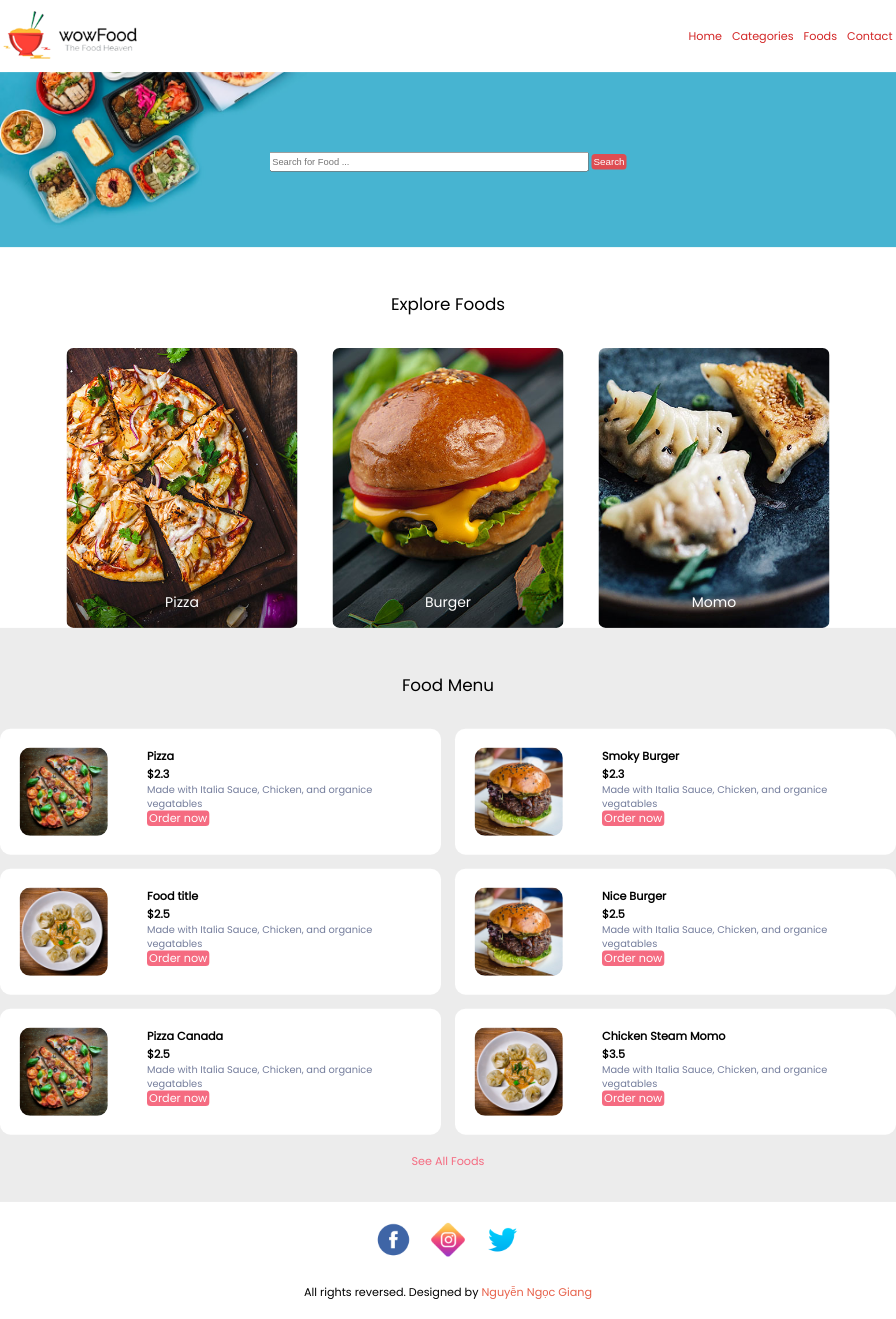
Repository: ruaruababa/WowFood
Page: index.html
An editor plug-in stored every save of this project. The page is shown before and after a run of saves, followed by the edit.
The browser window is 1280 px wide. The pictures show the whole page, at 70% of full size.

Above is the page before, as saved 2021-09-18 15:47:52.

### index.html
<!DOCTYPE html>
<html lang="en">

<head>
    <meta charset="UTF-8" />
    <meta http-equiv="X-UA-Compatible" content="IE=edge" />
    <meta name="viewport" content="width=device-width, initial-scale=1.0" />
    <title>Document</title>
    <link rel="stylesheet" href="./style.css" />
    <link rel="stylesheet" href="./reset.css" />
    <link rel="preconnect" href="https://fonts.googleapis.com" />
    <link rel="preconnect" href="https://fonts.gstatic.com" crossorigin />
    <link href="https://fonts.googleapis.com/css2?family=Poppins:wght@400&display=swap" rel="stylesheet" />
</head>

<body>
    <header>
        <div class="container-header">
            <div class="header-left">
                <img src="./img/logo.png" alt="" />
            </div>
            <div class="header-right">
                <ul class="nav">
                    <li class="item"><a href="">Home</a></li>
                    <li class="item"><a href="">Categories</a></li>
                    <li class="item"><a href="">Foods</a></li>
                    <li class="item"><a href="">Contact</a></li>
                </ul>
            </div>
        </div>
    </header>
    <nav>
        <div class="container-nav">
            <div class="background-search">
                <img src="./img/bg.jpg" alt="bgr-search" />
            </div>
            <div class="form">
                <input type="text" placeholder="Search for Food ..." class="input-search" />
                <!-- <button class="btn-search">Search</button> -->
                <input type="button" value="Search" class="btn-search" />
            </div>
        </div>
    </nav>
    <section>
        <div class="container-section">
            <div class="explore-food">Explore Foods</div>
            <div class="collection-food">
                <ul class="list-food">
                    <li class="item"><img src="./img/pizza.jpg" alt="" /><span>Pizza</span></li>
                    <li class="item"><img src="./img/burger.jpg" alt="" /><span>Burger</span></li>
                    <li class="item"><img src="./img/momo.jpg" alt="" /><span>Momo</span></li>
                </ul>
            </div>
        </div>
    </section>
    <article>
        <div class="container-article">
            <div class="title-food-menu">Food Menu</div>
            <div class="container-menu">
                <div class="container-item">
                    <img src="./img/menu-pizza.jpg" alt="" class="bgr-item" />
                    <div class="item-content">
                        <h6 class="title-item">Pizza</h6>
                        <span class="price-item">$2.3</span>
                        <p class="des-item">
                            Made with Italia Sauce, Chicken, and organice vegatables
                        </p>
                        <a href="" class="oder-item">Order now</a>
                    </div>
                </div>
                <div class="container-item">
                    <img src="./img/menu-burger.jpg" alt="" class="bgr-item" />
                    <div class="item-content">
                        <h6 class="title-item">Smoky Burger</h6>
                        <span class="price-item">$2.3</span>
                        <p class="des-item">
                            Made with Italia Sauce, Chicken, and organice vegatables
                        </p>
                        <a href="" class="oder-item">Order now</a>
                    </div>
                </div>
                <div class="container-item">
                    <img src="./img/menu-momo.jpg" alt="" class="bgr-item" />
                    <div class="item-content">
                        <h6 class="title-item">Food title</h6>
                        <span class="price-item">$2.5</span>
                        <p class="des-item">
                            Made with Italia Sauce, Chicken, and organice vegatables
                        </p>
                        <a href="" class="oder-item">Order now</a>
                    </div>
                </div>
                <div class="container-item">
                    <img src="./img/menu-burger.jpg" alt="" class="bgr-item" />
                    <div class="item-content">
                        <h6 class="title-item">Nice Burger</h6>
                        <span class="price-item">$2.5</span>
                        <p class="des-item">
                            Made with Italia Sauce, Chicken, and organice vegatables
                        </p>
                        <a href="" class="oder-item">Order now</a>
                    </div>
                </div>
                <div class="container-item">
                    <img src="./img/menu-pizza.jpg" alt="" class="bgr-item" />
                    <div class="item-content">
                        <h6 class="title-item">Pizza Canada</h6>
                        <span class="price-item">$2.5</span>
                        <p class="des-item">
                            Made with Italia Sauce, Chicken, and organice vegatables
                        </p>
                        <a href="" class="oder-item">Order now</a>
                    </div>
                </div>
                <div class="container-item">
                    <img src="./img/menu-momo.jpg" alt="" class="bgr-item" />
                    <div class="item-content">
                        <h6 class="title-item">Chicken Steam Momo</h6>
                        <span class="price-item">$3.5</span>
                        <p class="des-item">
                            Made with Italia Sauce, Chicken, and organice vegatables
                        </p>
                        <a href="" class="oder-item">Order now</a>
                    </div>
                </div>
            </div>
            <div class="footer-food-menu">
                <a href="#" class="see-all-foods">See All Foods</a>
            </div>
        </div>
    </article>
    <footer>
        <div class="container-footer">
            <div class="social-network-icon">
                <div class="icon-fb">
                    <a href="https://www.facebook.com/WowFoodPage"><img src="./img/facebook_icon-icons.com_59205.png"
                            alt="" /></a>
                </div>
                <div class="icon-insta">
                    <a href="https://www.instagram.com/wowfoodrus/"><img src="./img/intsa-icon.png" alt="" /></a>
                </div>
                <div class="icon-twitter">
                    <a href="https://twitter.com/WOWFoodPics"><img src="./img/twitter_socialnetwork_20007.png"
                            alt="" /></a>
                </div>
            </div>
            <div class="license">
                <p>
                    All rights reversed. Designed by <a href="">Nguyễn Ngọc Giang</a>
                </p>
            </div>
        </div>
    </footer>
</body>

</html>

### style.css
body{
    overflow-x: scroll ;
}

header{
    /* width: max-content; */
}
.container-header {
    display: flex;
    justify-content: space-between;
    align-items: center;
    margin-top: 15px;
}

.header-left {
    display: ;
}

.header-left img {}

.name-brand {
    margin-top: 50%;
}

.header-right {
    font-family: "Poppins", sans-serif;
}

.nav {
    list-style: none;
}

.nav li {
    display: inline;
    padding-left: 10px;
    transition: .2s all;
    padding: 5px;
}

.nav li a {
    text-decoration: none;
    color: rgb(211, 38, 38);
}

.nav:hover .item {
    filter: blur(3px);
    opacity: .5;
    transform: scale(.98);
    box-shadow: none;
}

.nav:hover .item:hover {
    transform: scale(1);
    filter: blur(0px);
    opacity: 1;
    box-shadow: 0 8px 20px 0px rgba(0, 0, 0, 0.125);
    border-radius: 5px;
}


nav {
    position: relative;
    max-width: 100%;
    max-height: 100%;
    height: 250px;
}

.container-nav {
    text-align: center;
    margin-top: 15px;
}

.background-search {
    height: 250px;
}

.background-search img {
    height: inherit;
    width: 100%;
    object-fit: cover;
}

.form {
    width: 100%;
    position: absolute;
    top: 50%;
    left: 50%;
    transform: translate(-50%, -50%);
    height: 22px;
}

.input-search {
    width: 35%;
    height: inherit;
}

.btn-search {
    background-color: rgba(250, 59, 59, 0.849);
    border: none;
    border-radius: 5px;
    font-size: 14px;
    color: white;
    cursor: pointer;
    padding: 3px;
}

section {
    position: relative;
}

.explore-food {
    padding-top: 70px;
    text-align: center;
    font-size: 24px;
    font-family: "Poppins", sans-serif;
}

.list-food {
    margin-top: 50px;
    display: flex;
    justify-content: center;
    column-gap: 50px;
}

.list-food li {
    width: 330px;
    height: 400px;
    transition: .2s all;
}

.list-food li:hover {
    transform: scale(1.1);
}

.list-food li img {
    width: 100%;
    height: 100%;
    object-fit: cover;
    border-radius: 10px;
}

.list-food li span {
    font-family: "Poppins", sans-serif;
    display: block;
    font-size: 20px;
    text-align: center;
    color: #ffffff;
    margin-top: -50px;
}

article {
    background-color: #ececec;
}

.title-food-menu {
    padding-top: 70px;
    font-size: 24px;
    text-align: center;
    font-family: "Poppins", sans-serif;
}

.container-menu {
    padding-top: 50px;
    display: grid;
    grid-gap: 20px;
    grid-template-columns: repeat(auto-fit, minmax(550px, 1fr));
    grid-auto-rows: 180px;
    justify-items: center;
    font-family: "Poppins", sans-serif;
}

.container-item:nth-child(odd) {
    justify-self: end;
}

.container-item:nth-child(even) {
    justify-self: start;
}

.container-item {
    background-color: #ffffff;
    display: flex;
    align-items: center;
    border-radius: 15px;
}

.container-item img {
    width: 25%;
    height: 70%;
    object-fit: cover;
    border-radius: 15px;
    margin: 0 28px;
}

.container-item .item-content {
    width: 100%;
    height: 70%;
    object-fit: cover;
    border-radius: 15px;
    margin: 0 28px;
}

.item-content {
    display: inline-block;
}

.title-item {
    font-size: 16px;
    font-weight: bold;
    line-height: 25px;
}

.price-item {
    line-height: 25px;
    font-weight: bold;
}

.des-item {
    font-size: 14px;
    line-height: 20px;
    color: #747d9c;
}

.oder-item {
    text-decoration: none;
    background-color: #f56b81;
    color: white;
    border-radius: 5px;
    padding: 3px;
    display: inline-block;

}

.footer-food-menu {
    margin-top: 30px;
}

.see-all-foods {
    display: block;
    text-align: center;
    text-decoration: none;
    color: #f56b81;
    padding-bottom: 50px;
    font-family: "Poppins", sans-serif;
    transition: .2s all;
}

.see-all-foods:hover{
    text-decoration: underline;
    transform: scale(1.1);
}

.social-network-icon {
    display: flex;
    justify-content: center;
    margin-top: 30px;
}

.icon-insta {
    margin: 0 30px;
}

.license {
    margin-top: 40px;
    margin-bottom: 30px;
    font-family: "Poppins", sans-serif;
}

.license p {
    text-align: center;
}

.license p a {
    text-decoration: none;
    color: #e7614a;
}

@media screen and (max-width: 811px) {
    .container-header{
    }
}

Loaded but not shown: reset.css (common file)

After the next 4 saves:
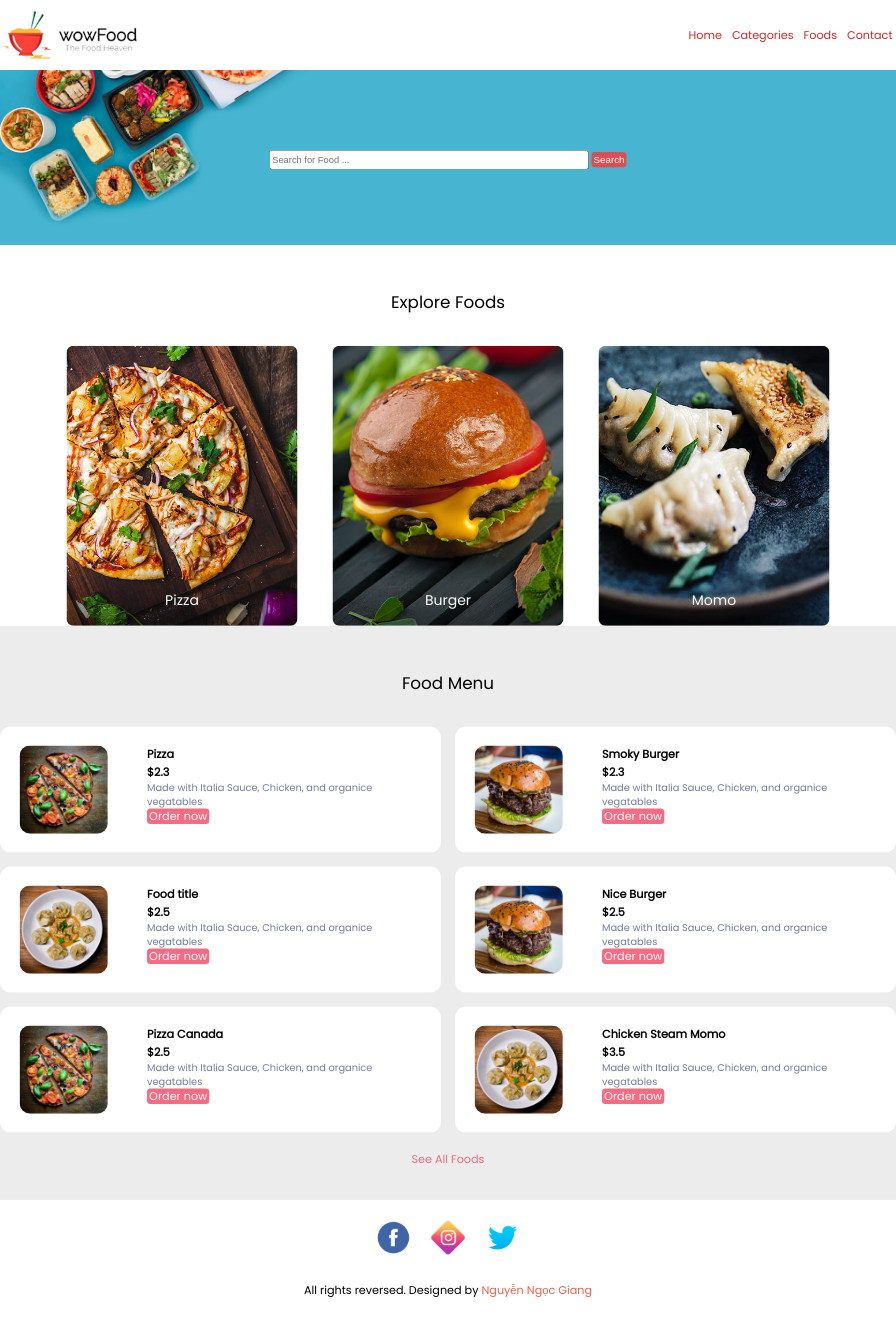
The 4 saves are shown as one change because they came seconds apart.
The last was saved 12 s later.
--- a/style.css
+++ b/style.css
@@ -13,7 +13,8 @@
 }
 
 .header-left {
-    display: ;
+    display: flex;
+    justify-content: flex-end;
 }
 
 .header-left img {}

After the save that followed:
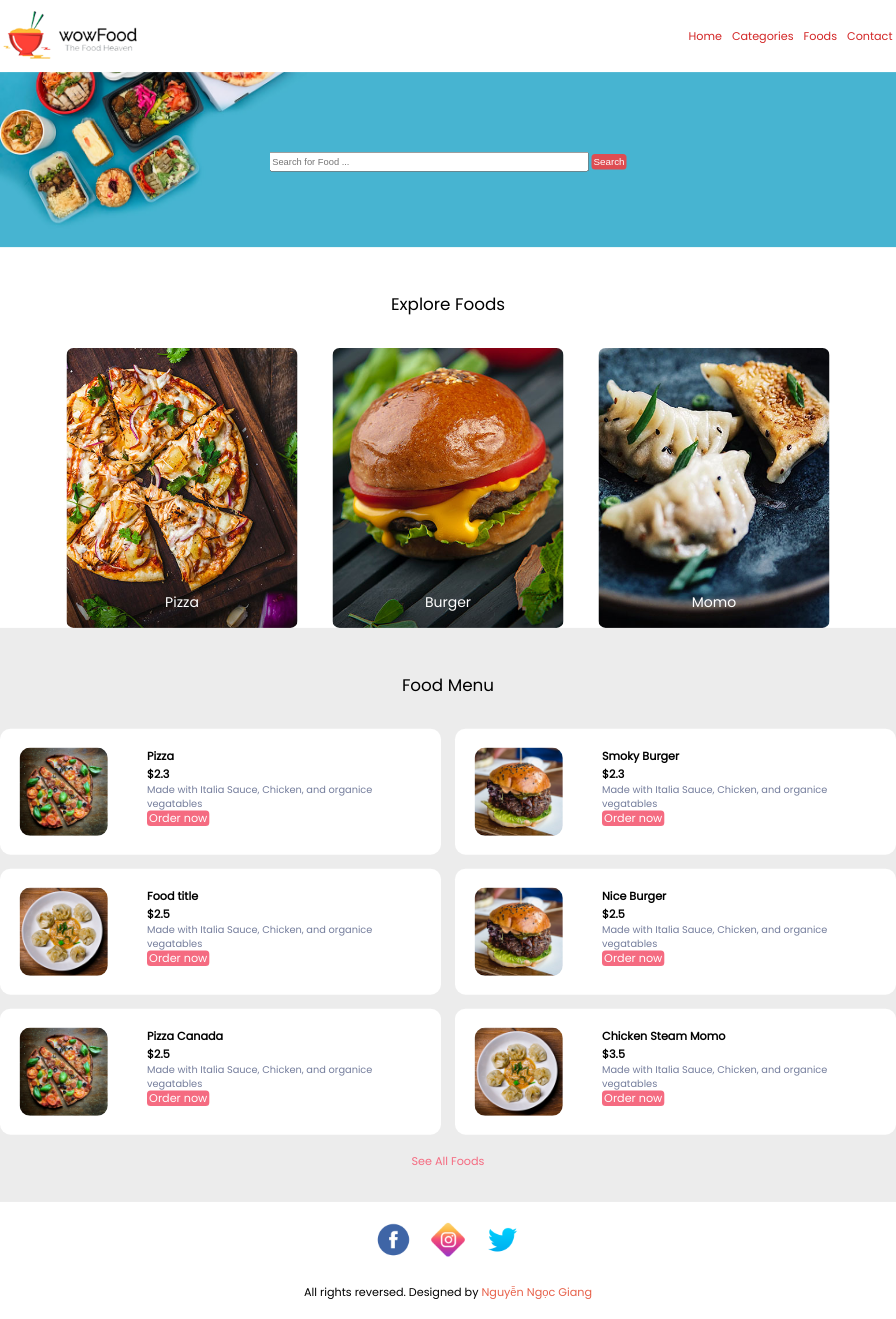
Saved 5 s later.
--- a/style.css
+++ b/style.css
@@ -13,8 +13,7 @@
 }
 
 .header-left {
-    display: flex;
-    justify-content: flex-end;
+
 }
 
 .header-left img {}
